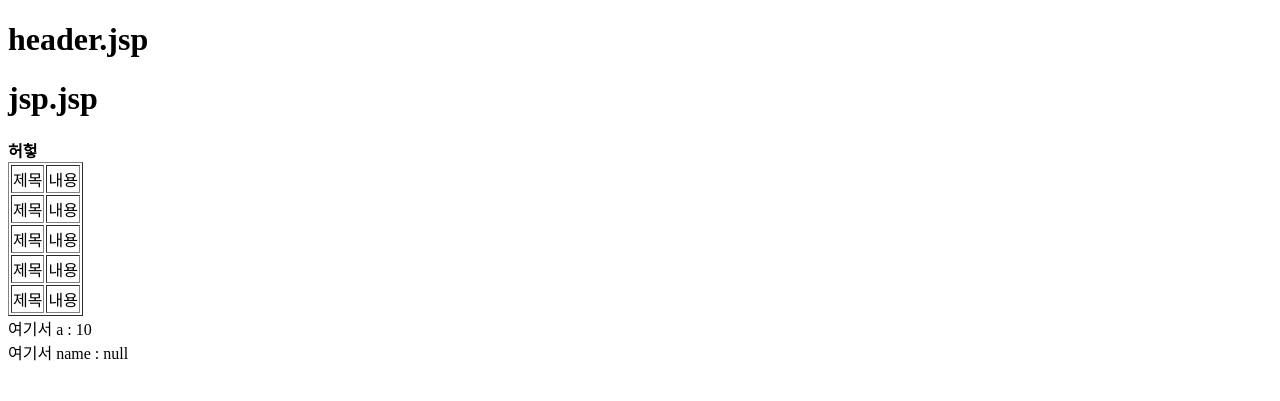
Repository: JaeWon-Sim/Project
Page: http://localhost/_4_project_jsp/jsp.jsp
The author's editor kept a copy of each file at every save. The page is drawn from the files as they stood at one save, then again after the next save.
The browser window is 1280 px wide. The pictures show the whole page.
The page is served by Tomcat 9.

Above is the page before, as saved 2025-08-21 06:19:00.

After the next save:
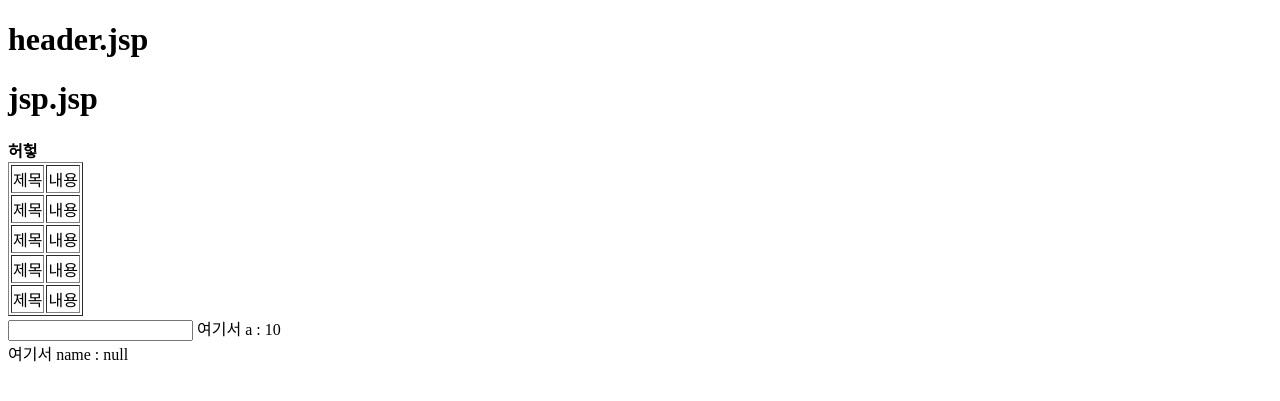
Saved 64 s later.
--- a/workspace_java/_4_project_jsp/src/main/webapp/jsp.jsp
+++ b/workspace_java/_4_project_jsp/src/main/webapp/jsp.jsp
@@ -48,6 +48,7 @@
 		}
 		%>
 	</table>
+	<input type='text' name='name'>
 	<%
 		int a = 10;
 		String name = request.getParameter("name");
